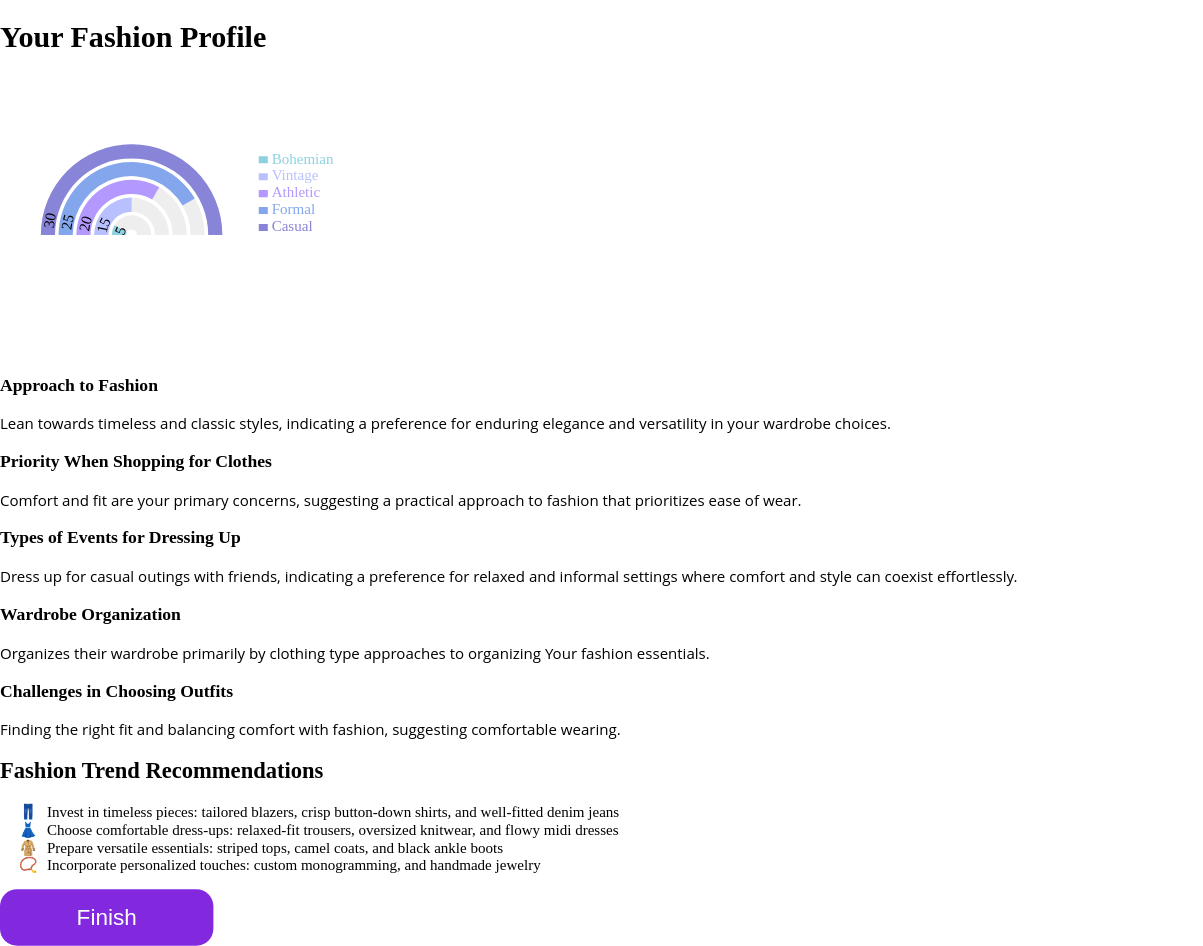
Repository: navnneett/clotho
Page: /QuizQuestions/Chart
The author's editor kept a copy of each file at every save. The page is drawn from the files as they stood at one save, then again after the next save.
The browser window is 1280 px wide. The pictures show the whole page, at 94% of full size.
The project was rebuilt for these pictures with package versions that can differ from the ones it lists, and the page was loaded fresh each time. The framework's server and built-in components were replaced by stand-ins that run in the browser. Also part of the build but not shown: next.config.js, next.config.mjs.

Above is the page before, as saved 2024-04-06 19:17:05.

### pages/QuizQuestions/Chart.js
import styles from "../../styles/Chart.module.css";
import React, { useEffect, useState } from "react";
import { RadialBarChart, RadialBar, Legend, Tooltip } from "recharts";
import Button from "@/components/Button";
import Link from "next/link";


export default function Chart() {

    const [isClient, setIsClient] = useState(false)

    useEffect(() => {
        setIsClient(true)
    }, [])

    const data = [
        {
            "name": "Bohemian",
            "uv": 5,
            "pv": 5,
            "fill": "var(--chart-color-cyan)"
        },
        {
            "name": "Vintage",
            "uv": 15,
            "pv": 15,
            "fill": "var(--chart-color-light-purple)"
        },
        {
            "name": "Athletic",
            "uv": 20,
            "pv": 20,
            "fill": "var(--chart-color-bright-purple)"
        },
        {
            "name": "Formal",
            "uv": 25,
            "pv": 25,
            "fill": "var(--chart-color-blue)"
        },
        {
            "name": "Casual",
            "uv": 30,
            "pv": 30,
            "fill": "var(--chart-color-purple)"
        },
    ]

    return(
        <>
            <div className={styles.questionAnalysis}>
                <h1 className={styles.title}>Your Fashion Profile</h1>
                {isClient ?
                    <RadialBarChart
                        width={400}
                        height={300}
                        innerRadius="10%"
                        outerRadius="80%"
                        data={data}
                        startAngle={180}
                        endAngle={0}
                        cx={140}
                        cy={170}
                        >
                    <RadialBar minAngle={15} label={{ fill: 'var(--button-linear-light)', position: 'insideStart' }} background clockWise={true} dataKey='uv' />
                    <Legend iconSize={10} width={120} height={140} layout='vertical' verticalAlign='middle' align="right"/>
                    <Tooltip/>
                </RadialBarChart> : <></>}

                <h3 className={styles.title}>Approach to Fashion</h3>
                <p className={styles.analysisContent}>Lean towards timeless and classic styles, indicating a preference for enduring elegance and versatility in your wardrobe choices.</p>
                <h3 className={styles.title}>Priority When Shopping for Clothes</h3>
                <p className={styles.analysisContent}>Comfort and fit are your primary concerns, suggesting a practical approach to fashion that prioritizes ease of wear.</p>
                <h3 className={styles.title}>Types of Events for Dressing Up</h3>
                <p className={styles.analysisContent}>Dress up for casual outings with friends, indicating a preference for relaxed and informal settings where comfort and style can coexist effortlessly.</p>
                <h3 className={styles.title}>Wardrobe Organization</h3>
                <p className={styles.analysisContent}>Organizes their wardrobe primarily by clothing type approaches to organizing Your fashion essentials.</p>
                <h3 className={styles.title}>Challenges in Choosing Outfits</h3>
                <p className={styles.analysisContent}>Finding the right fit and balancing comfort with fashion, suggesting comfortable wearing.</p>
            </div>
            <div>
                <h2 className={styles.title}>Fashion Trend Recommendations</h2>
                <ul analysisContent>
                    <li className={styles.bulletPointJean}>Invest in timeless pieces: tailored blazers, crisp button-down shirts, and well-fitted denim jeans</li>
                    <li className={styles.bulletPointDress}>Choose comfortable dress-ups: relaxed-fit trousers, oversized knitwear, and flowy midi dresses</li>
                    <li className={styles.bulletPointTShirt}>Prepare versatile essentials: striped tops, camel coats, and black ankle boots</li>
                    <li className={styles.bulletPointShoes}>Incorporate personalized touches: custom monogramming, and handmade jewelry</li>
                </ul>
            </div>
            <Link href={'/'}>
                <Button title="Finish" />
            </Link>
        </>
    )
}

### styles/globals.css
:root {

    --transparency: rgba(0, 0, 0, 0);
    --gray: rgb(119, 119, 119);
    --red: rgb(201, 8, 8);

    --large: 21px;
    --medium: 18px;
    --small: 16px;
    --logo: 25px;

    --button-linear-light: 45deg, rgba(221, 184, 255, 0.8), rgba(214, 239, 255, 0.8);
    --button-outline-light: 2px solid #B8C0FF;
    --button-highlight-light: #8229E0;
    --black: black;
    --white: white;
    --light-gray: #B3B3B3;

    --chart-color-purple: #8884d8;
    --chart-color-blue: #83a6ed;
    --chart-color-cyan: #8dd1e1;
    --chart-color-bright-purple: #b399ff;
    --chart-color-light-purple: #b8c0ff;



    /* Text styles */
    --open-sans-text: 'Open Sans', sans-serif;
    --open-sans-weight: 500;
    --open-sans-size: 1.7rem;

    --roboto-slab-text: 'Roboto Slab', serif;
    --roboto-slab-weight: 600;
    --roboto-slab-size: 3rem;
}

html,
body {
    margin: 0;
    padding: 0;
}

### styles/Chart.module.css
.

.title {
    font-family: var(--roboto-slab-text);
}

.analysisContent {
    font-family: var(--open-sans-text);
}

.bulletPointJean {
    list-style-type: '👖';
    padding-left: 10px;
}

.bulletPointDress {
    list-style-type: '👗';
    padding-left: 10px;
}

.bulletPointTShirt {
    list-style-type: '🧥';
    padding-left: 10px;
}

.bulletPointShoes {
    list-style-type: '📿';
    padding-left: 10px;
}

### components/Button/index.js
import styles from './Button.module.css'

export default function Button({
    title = "test",
    onClick = () => {}
}) {
    return (
        <button className={styles.button} onClick={onClick}>
            {title}
        </button>
    )
}

### components/Button/Button.module.css
.button {
    width: 227px;
    height: 60px;
    padding: 0;
    font-size: 24px;
    background-color: var(--button-highlight-light);
    color: var(--white);
    border: none;
    border-radius: 18px;
    cursor: pointer;
}

.button:hover {
    background-color: rgb(189, 43, 226);
}

Loaded but not shown: pages/_app.js (common file); pages/_document.js (common file)

After the next save:
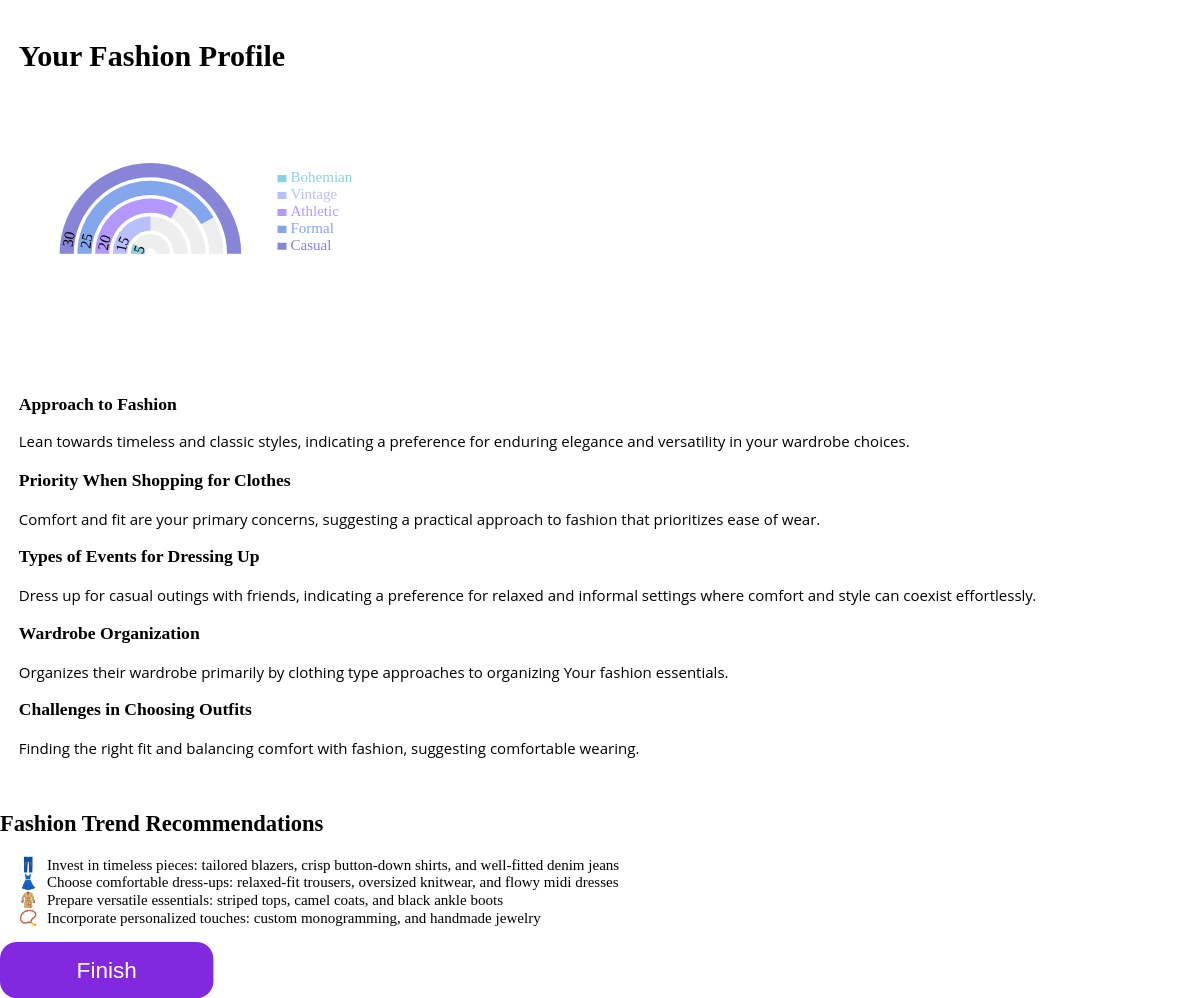
Saved 14 s later.
--- a/styles/Chart.module.css
+++ b/styles/Chart.module.css
@@ -1,4 +1,6 @@
-.
+.questionAnalysis {
+    padding: 20px;
+}
 
 .title {
     font-family: var(--roboto-slab-text);
